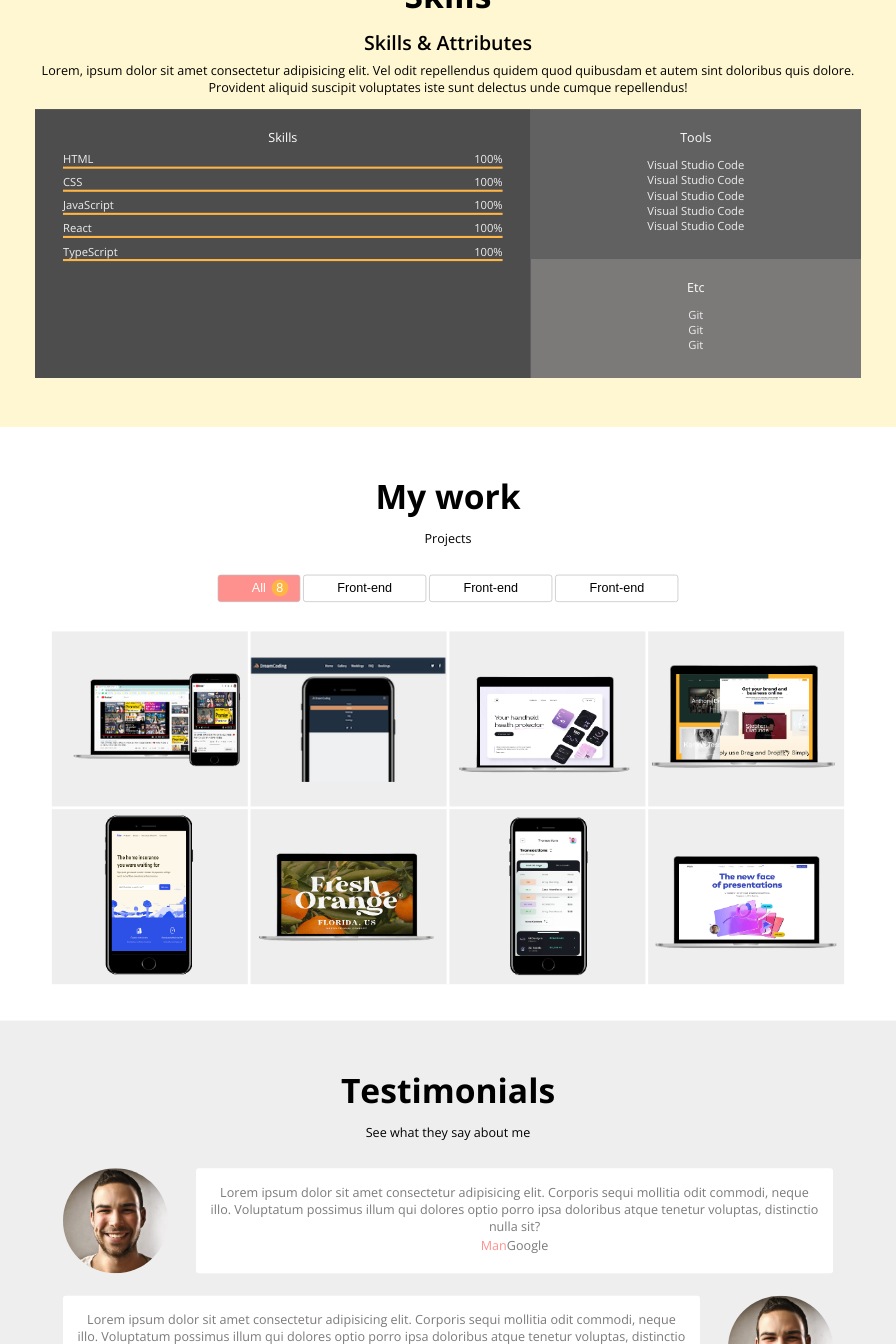
Repository: beomsu9696/Dream_Coding_Academy4
Page: index.html
These files come from the project's save history. The page is drawn as it stood at one moment and after the next save; the edit follows.
The browser window is 1280 px wide. The pictures show the part of the page from y = 1580 to 3500 px (the page is 4079 px tall before and 3991 px after), at 70% of full size.
Some web libraries are served in a nearby version.

Above is the page before, as saved 2021-01-27 18:15:08.

### index.html
<!DOCTYPE html>
<html lang="en">
  <head>
    <meta charset="UTF-8" />
    <meta name="viewport" content="width=device-width, initial-scale=1.0" />
    <title>Portfolio</title>
    <meta name="description" content="Portfolio" />
    <meta name="author" content="Beomsu" />
    <link rel="icon" type="image/png" href="images/favicon.png" />
    <script
      src="https://kit.fontawesome.com/c90a48a564.js"
      crossorigin="anonymous"
    ></script>
    <link rel="preconnect" href="https://fonts.gstatic.com" />
    <link
      href="https://fonts.googleapis.com/css2?family=Open+Sans:wght@400;600;700&display=swap"
      rel="stylesheet"
    />
    <link rel="stylesheet" href="style.css" />
    <script src="main.js" defer></script>
  </head>
  <body>
    <!-- Navbar -->
    <nav id="navbar">
      <div class="navbar__logo">
        <i class="fab fa-diaspora"></i>
        <a href="#">Portfolio</a>
      </div>
      <ul class="navbar__menu">
        <li class="navbar__menu__item active" data-link="#home">Home</li>
        <li class="navbar__menu__item" data-link="#about">About</li>
        <li class="navbar__menu__item" data-link="#skills">Skills</li>
        <li class="navbar__menu__item" data-link="#work">My Work</li>
        <li class="navbar__menu__item" data-link="#testimonials">
          Testimonials
        </li>
        <li class="navbar__menu__item" data-link="#contact">Contact</li>
      </ul>
      <!-- Togglle button -->
      <button class="navbar__toggle-btn">
        <i class="fas fa-bars"></i>
      </button>
    </nav>
    <!-- Home -->
    <section id="home">
      <div class="home__container">
        <img
          src="images/profile.JPG"
          alt="Beomsu's profile photo"
          class="home__avatar"
        />
        <h1 class="home__title">Hello, <br />I'm Dream Coder</h1>
        <h2 class="home__description">Working from home</h2>
        <button class="home__contact">Contact Me</button>
      </div>
    </section>
    <!-- About -->
    <section id="about" class="section section__container">
      <h1>About me</h1>
      <p>
        Lorem ipsum dolor sit, amet consectetur adipisicing elit. Nesciunt,
        minus officiis? Accusamus eligendi animi fuga quam ex sed eos similique
        quidem sit eum veniam facere aliquid natus, inventore nesciunt quod.
      </p>
      <div class="about__majors">
        <div class="major">
          <div class="major__icon">
            <i class="fab fa-html5"></i>
          </div>
          <h2 class="major__title">Front-end</h2>
          <div class="major__description">
            HTML, CSS, JavaScript, React, TypeScript
          </div>
        </div>
        <div class="major">
          <div class="major__icon">
            <i class="fab fa-html5"></i>
          </div>
          <h2 class="major__title">Front-end</h2>
          <div class="major__description">
            HTML, CSS, JavaScript, React, TypeScript
          </div>
        </div>
        <div class="major">
          <div class="major__icon">
            <i class="fab fa-html5"></i>
          </div>
          <h2 class="major__title">Front-end</h2>
          <div class="major__description">
            HTML, CSS, JavaScript, React, TypeScript
          </div>
        </div>
      </div>
      <div class="about__jobs">
        <div class="job">
          <img
            src="images/jobs/logo-nongshim.png"
            alt="nongshim"
            class="job__logo"
          />
          <div class="job__description">
            <p class="job__name">Nongshim</p>
            <p class="job__period">2013 10 - 2018 3</p>
          </div>
        </div>
        <div class="job">
          <img src="" alt="" class="job__logo" />
          <div class="job__description">
            <p class="job__name"></p>
            <p class="job__period"></p>
          </div>
        </div>
      </div>
    </section>
    <!-- Skills -->
    <section id="skills" class="section">
      <div class="section__container">
        <h1>Skills</h1>
        <h2>Skills & Attributes</h2>
        <p>
          Lorem, ipsum dolor sit amet consectetur adipisicing elit. Vel odit
          repellendus quidem quod quibusdam et autem sint doloribus quis dolore.
          Provident aliquid suscipit voluptates iste sunt delectus unde cumque
          repellendus!
        </p>
        <div class="skillset">
          <div class="skillset__left">
            <h3 class="skillset__title">Skills</h3>
            <div class="skill">
              <div class="skill__description">
                <span>HTML</span>
                <span>100%</span>
              </div>
              <!-- <progress value="100" max="100"></progress> -->
              <div class="skill__bar">
                <div class="skill__value" style="width: 100%"></div>
              </div>
            </div>
            <div class="skill">
              <div class="skill__description">
                <span>CSS</span>
                <span>100%</span>
              </div>
              <div class="skill__bar">
                <div class="skill__value"></div>
              </div>
            </div>
            <div class="skill">
              <div class="skill__description">
                <span>JavaScript</span>
                <span>100%</span>
              </div>
              <div class="skill__bar">
                <div class="skill__value"></div>
              </div>
            </div>
            <div class="skill">
              <div class="skill__description">
                <span>React</span>
                <span>100%</span>
              </div>
              <div class="skill__bar">
                <div class="skill__value"></div>
              </div>
            </div>
            <div class="skill">
              <div class="skill__description">
                <span>TypeScript</span>
                <span>100%</span>
              </div>
              <div class="skill__bar">
                <div class="skill__value"></div>
              </div>
            </div>
          </div>
          <div class="skillset__right">
            <div class="tools">
              <h3 class="skillset__title">Tools</h3>
              <ul class="tools__list">
                <li><span>Visual Studio Code</span></li>
                <li><span>Visual Studio Code</span></li>
                <li><span>Visual Studio Code</span></li>
                <li><span>Visual Studio Code</span></li>
                <li><span>Visual Studio Code</span></li>
              </ul>
            </div>
            <div class="etc">
              <h3 class="skillset__title">Etc</h3>
              <ul class="etc__list">
                <li><span>Git</span></li>
                <li><span>Git</span></li>
                <li><span>Git</span></li>
              </ul>
            </div>
          </div>
        </div>
      </div>
    </section>
    <!-- Work -->
    <section id="work" class="section">
      <div class="section__container">
        <h1>My work</h1>
        <h3>Projects</h3>
        <div class="work__categories">
          <button class="category__btn selected" data-filter="*">
            All <span class="category__count">8</span>
          </button>
          <button class="category__btn" data-filter="front-end1">
            Front-end <span class="category__count">1</span>
          </button>
          <button class="category__btn" data-filter="front-end2">
            Front-end <span class="category__count">1</span>
          </button>
          <button class="category__btn" data-filter="front-end3">
            Front-end <span class="category__count">1</span>
          </button>
        </div>
        <div class="work__projects">
          <a href="#" class="project" target="_blank" data-type="front-end1">
            <img
              class="project__img"
              src="images/projects/project1.png"
              alt="Project1"
            />
            <div class="project__description">
              <h3>Project</h3>
              <span>Clone coding with HTML and CSS</span>
            </div>
          </a>
          <a href="#" class="project" target="_blank" data-type="front-end2">
            <img
              class="project__img"
              src="images/projects/project2.png"
              alt="Project2"
            />
            <div class="project__description">
              <h3>Project</h3>
              <span>Clone coding with HTML and CSS</span>
            </div>
          </a>
          <a href="#" class="project" target="_blank" data-type="front-end3">
            <img
              class="project__img"
              src="images/projects/project3.png"
              alt="Project3"
            />
            <div class="project__description">
              <h3>Project</h3>
              <span>Clone coding with HTML and CSS</span>
            </div>
          </a>
          <a href="#" class="project" target="_blank">
            <img
              class="project__img"
              src="images/projects/project4.png"
              alt="Project4"
            />
            <div class="project__description">
              <h3>Project</h3>
              <span>Clone coding with HTML and CSS</span>
            </div>
          </a>
          <a href="#" class="project" target="_blank">
            <img
              class="project__img"
              src="images/projects/project5.png"
              alt="Project5"
            />
            <div class="project__description">
              <h3>Project</h3>
              <span>Clone coding with HTML and CSS</span>
            </div>
          </a>
          <a href="#" class="project" target="_blank">
            <img
              class="project__img"
              src="images/projects/project6.png"
              alt="Project6"
            />
            <div class="project__description">
              <h3>Project</h3>
              <span>Clone coding with HTML and CSS</span>
            </div>
          </a>
          <a href="#" class="project" target="_blank">
            <img
              class="project__img"
              src="images/projects/project7.png"
              alt="Project7"
            />
            <div class="project__description">
              <h3>Project</h3>
              <span>Clone coding with HTML and CSS</span>
            </div>
          </a>
          <a href="#" class="project" target="_blank">
            <img
              class="project__img"
              src="images/projects/project8.png"
              alt="Project8"
            />
            <div class="project__description">
              <h3>Project</h3>
              <span>Clone coding with HTML and CSS</span>
            </div>
          </a>
        </div>
      </div>
    </section>
    <!-- Testimonials -->
    <section id="testimonials" class="section">
      <div class="section__container">
        <h1>Testimonials</h1>
        <h3>See what they say about me</h3>
        <div class="testimonials">
          <div class="testimonial">
            <img
              src="images/people1.jpg"
              alt="People"
              class="testimonial__avatar"
            />
            <div class="testimonial__speech-bubble">
              <p>
                Lorem ipsum dolor sit amet consectetur adipisicing elit.
                Corporis sequi mollitia odit commodi, neque illo. Voluptatum
                possimus illum qui dolores optio porro ipsa doloribus atque
                tenetur voluptas, distinctio nulla sit?
              </p>
              <p class="name"><a href="#">Man</a>Google</p>
            </div>
          </div>
          <div class="testimonial">
            <div class="testimonial__speech-bubble">
              <p>
                Lorem ipsum dolor sit amet consectetur adipisicing elit.
                Corporis sequi mollitia odit commodi, neque illo. Voluptatum
                possimus illum qui dolores optio porro ipsa doloribus atque
                tenetur voluptas, distinctio nulla sit?
              </p>
              <p class="name"><a href="#">Man</a>Google</p>
            </div>
            <img
              src="images/people1.jpg"
              alt="People"
              class="testimonial__avatar"
            />
          </div>
        </div>
      </div>
    </section>
    <!-- Contact -->
    <section id="contact" class="section">
      <h1 class="contact__title">Let's talk</h1>
      <h2 class="contact__email">dream.coder.ellie@gmail.com</h2>
      <div class="contact__links">
        <a href="#" target="_blank">
          <i class="fab fa-github"></i>
        </a>
        <a href="#" target="_blank">
          <i class="fab fa-linkedin"></i>
        </a>
      </div>
      <p class="contact__rights">
        2021 Dream Coding Ellie - All rights reserved
      </p>
    </section>
    <!-- Arrow up -->
    <button class="arrow-up">
      <i class="fa fa-arrow-up"></i>
    </button>
  </body>
</html>

### style.css
/* Universal tags */
* {
  box-sizing: border-box;
}

body {
  margin: 0;
  font-family: "Open Sans", sans-serif;
  cursor: default;
}

a {
  text-decoration: none;
  color: var(--color-white);
}

ul {
  list-style: none;
  padding-left: 0;
}

button {
  outline: none;
  background-color: transparent;
  cursor: pointer;
  border: none;
  padding: 0;
}

/* Global */
:root {
  /* Color */
  --color-white: #ffffff;
  --color-light-white: #eeeeee;
  --color-dark-white: #bdbdbd;
  --color-pink: #fe918d;
  --color-dark-pink: #ff6863;
  --color-dark-grey: #4d4d4d;
  --color-grey: #616161;
  --color-light-grey: #7c7979;
  --color-blue: #73aace;
  --color-yellow: #fff7d1;
  --color-orange: #feb546;
  --color-black: #000000;

  /* Font size */
  --font-large: 48px;
  --font-medium: 28px;
  --font-regular: 18px;
  --font-small: 16px;
  --font-micro: 14px;

  /* Font weight */
  --weight-bold: 700;
  --weight-semi-bold: 600;
  --weight-regular: 400;

  /* Size */
  --size-border-radius: 4px;

  /* Animation */
  --animation-duration: 300ms;
}

/* Typography */

h1 {
  font-size: var(--font-large);
  font-weight: var(--weight-bold);
  color: var(--color-black);
  margin: 16px 0px;
}

h2 {
  font-size: var(--font-medium);
  font-weight: var(--weight-semi-bold);
  color: var(--color-black);
  margin: 8px 0;
}

h3 {
  font-size: var(--font-regular);
  font-weight: var(--weight-regular);
  color: var(--color-black);
  margin: 8px 0;
}

p {
  font-size: var(--font-regular);
  font-weight: var(--weight-regular);
  color: var(--color-black);
  margin: 4px 0;
}

/* Navbar */
#navbar {
  position: fixed;
  width: 100%;
  display: flex;
  justify-content: space-between;
  align-items: center;
  color: var(--color-white);
  padding: 16px;
  background-color: transparent;
  transition: all var(--animation-duration) ease-in-out;
  z-index: 1;
}

#navbar.navbar--dark {
  background-color: var(--color-pink);
  padding: 8px;
}

.navbar__menu {
  display: flex;
}

.navbar__logo {
  font-size: var(--font-medium);
  font-weight: var(--weight-semi-bold);
}

.navbar__menu__item {
  padding: 8px 12px;
  margin: 0 4px;
  cursor: pointer;
  border-radius: var(--size-border-radius);
  border: 1px solid transparent;
}

.navbar__menu__item.active {
  border: 1px solid var(--color-white);
}

.navbar__menu__item:hover {
  border: 1px solid var(--color-white);
  background-color: var(--color-dark-pink);
}

.navbar__toggle-btn {
  position: absolute;
  top: 24px;
  right: 32px;
  font-size: 24px;
  color: var(--color-white);
  display: none;
}

/* Home */
#home {
  background: center/cover no-repeat url(images/homebackground.png);
  padding: 40px;
  padding-top: 120px;
  text-align: center;
}

.home__avatar {
  width: 250px;
  height: 250px;
  border-radius: 50%;
  border: 2px solid var(--color-light-white);
}

.home__title,
.home__description {
  color: var(--color-white);
}

.home__contact {
  color: var(--color-white);
  font-size: var(--font-regular);
  font-weight: var(--weight-bold);
  margin: 24px;
  padding: 8px 12px;
  border: 2px solid var(--color-white);
  border-radius: var(--size-border-radius);
}

.home__contact:hover {
  background-color: var(--color-orange);
}

/* Section common */
.section {
  text-align: center;
  padding: 50px;
  margin: auto;
}

.section__container {
  max-width: 1200px;
  margin: auto;
}
/* About */
.about__majors {
  display: flex;
  justify-content: space-between;
  margin: 80px 0;
}

.major__icon {
  width: 170px;
  height: 170px;
  line-height: 170px;
  font-size: 70px;
  margin: auto;
  color: var(--color-blue);
  border: 1px solid var(--color-blue);
  border-radius: 50%;
  margin-bottom: 16px;
}

.major__icon i {
  transition: all var(--animation-duration) ease;
}

.major__icon:hover i {
  color: var(--color-pink);
  transform: rotate(-30deg) scale(1.1);
}

.major__title,
.major__description {
  color: var(--color-dark-grey);
}

.major__description {
  font-size: var(--font-small);
}

.job {
  display: flex;
  align-items: center;
}

.job__description {
  margin: 0 16px;
  text-align: left;
}

.job__name,
.job__period {
  color: var(--color-light-grey);
}

.job__name {
  font-size: var(--font-small);
}

.job__period {
  font-size: var(--font-micro);
}

/* Skill */
#skills {
  background-color: var(--color-yellow);
}

.skillset {
  display: flex;
  background-color: var(--color-light-grey);
  color: var(--color-light-white);
  margin: 20px 0;
}

.skillset__title {
  color: var(--color-white);
}

.skillset__left {
  flex-basis: 60%;
  background-color: var(--color-dark-grey);
  padding: 20px 40px;
}

.skill {
  margin-bottom: 8px;
}

.skill__description {
  display: flex;
  justify-content: space-between;
}

.skill__bar {
  width: 100%;
  height: 3px;
  background-color: var(--color-grey);
}

.skill__value {
  width: 100%;
  height: 3px;
  background-color: var(--color-orange);
}

.skillset__right {
  flex-basis: 40%;
}

.tools {
  background-color: var(--color-grey);
}

.tools,
.etc {
  padding: 20px;
}

/* Work */
.work__categories {
  margin: 40px;
}

.category__btn {
  border: 1px solid var(--color-dark-white);
  border-radius: var(--size-border-radius);
  font-size: var(--font-regular);
  padding: 8px 48px;
  position: relative;
}

.category__btn.selected,
.category__btn:hover {
  background-color: var(--color-pink);
  color: var(--color-white);
}

.category__btn.selected .category__count,
.category__btn:hover .category__count {
  opacity: 1;
  top: 6px;
}

.category__count {
  background-color: var(--color-orange);
  border-radius: 50%;
  color: var(--color-white);
  width: 24px;
  height: 24px;
  line-height: 24px;
  display: inline-block;
  position: absolute;
  top: -20px;
  right: 16px;
  opacity: 0;
  transition: all var(--animation-duration) ease-in;
}

.work__projects {
  display: flex;
  flex-wrap: wrap;
  justify-content: center;
  opacity: 1;
  transition: all var(--animation-duration) ease-out;
}

.work__projects.anim-out {
  opacity: 0.6;
  transform: scale(0.96) translateY(40px);
}

.project {
  position: relative;
  display: flex;
  justify-content: center;
  align-items: center;
  width: 280px;
  height: 250px;
  margin: 2px;
  background-color: var(--color-light-white);
}

.project.invisible {
  display: none;
}

.project__img {
  max-width: 100%;
  max-height: 100%;
}

.project__description {
  position: absolute;
  background-color: black;
  display: flex;
  flex-direction: column;
  justify-content: center;
  width: 100%;
  height: 100%;
  top: 0;
  left: 0;
  opacity: 0;
  transform: translateY(10px);
  transition: all var(--animation-duration) ease-in;
}

.project:hover .project__description {
  transform: translateY(0px);
  opacity: 0.8;
}

.project__description h3 {
  color: var(--color-orange);
}

.project__description h3:after {
  content: "";
  display: block;
  position: relative;
  left: 50%;
  width: 50px;
  height: 2px;
  transform: translateX(-50%);
  margin-top: 8px;
  background-color: var(--color-dark-white);
}

/* Testimonial */
#testimonials {
  background-color: var(--color-light-white);
}

.testimonials {
  margin: 40px;
}

.testimonial {
  display: flex;
  margin: 32px 0;
}

.testimonial__avatar {
  width: 150px;
  height: 150px;
  border-radius: 50%;
}

.testimonial__avatar:nth-child(odd) {
  margin-right: 40px;
}
.testimonial__avatar:nth-child(even) {
  margin-left: 40px;
}

.testimonial__speech-bubble {
  padding: 18px;
  background-color: var(--color-white);
  border-radius: var(--size-border-radius);
}

.testimonial__speech-bubble p {
  color: var(--color-light-grey);
}

.testimonial__speech-bubble a {
  color: var(--color-pink);
}

/* Contact */
#contact {
  background-color: var(--color-pink);
}

.contact__title,
.contact__email,
.contact__rights {
  color: var(--color-white);
}

.contact__title {
  margin: 32px 0;
}

.contact__links {
  font-size: var(--font-large);
  margin: 24px 0;
}

.contact__links i {
  transition: all var(--animation-duration) ease-in;
}

.contact__links i:hover {
  transform: scale(1.1);
  color: var(--color-yellow);
}

/* Scroll */
.arrow-up {
  position: fixed;
  bottom: 50px;
  right: 50px;
  font-size: 50px;
  width: 70px;
  height: 70px;
  background-color: var(--color-pink);
  color: var(--color-white);
  border-radius: 50%;
  opacity: 0;
  transition: all 300ms ease-in;
  pointer-events: none;
}

.arrow-up.visible {
  opacity: 1;
  pointer-events: auto;
}

/* For below 768px screen width */
@media screen and (max-width: 768px) {
  :root {
    /* Font size */
    --font-large: 30px;
    --font-medium: 18px;
    --font-regular: 16px;
    --font-small: 14px;
    --font-micro: 12px;
  }

  .navbar__toggle-btn {
    display: block;
    top: 16px;
    right: 16px;
    font-size: var(--font-medium);
  }

  #navbar {
    flex-direction: column;
    align-items: flex-start;
    background-color: var(--color-pink);
  }
  #navbar.navbar--dark {
    padding: 16px;
  }
  .navbar__menu {
    flex-direction: column;
    text-align: center;
    width: 100%;
    display: none;
  }

  .navbar__menu.open {
    display: block;
  }

  .section {
    padding: 16px;
    padding-top: 40px;
  }

  .about__majors {
    flex-direction: column;
    margin-top: 30px;
    margin-bottom: 0px;
  }

  .major {
    margin-bottom: 30px;
  }

  .skillset {
    flex-direction: column;
  }

  .category__btn {
    padding: 8px;
  }

  .project {
    flex-grow: 1;
  }

  .testimonial {
    flex-direction: column;
    align-items: center;
  }

  .testmonial__avatar {
    width: 120px;
    height: 120px;
  }

  .testimonial__avatar:nth-child(even),
  .testimonial__avatar:nth-child(odd) {
    margin: 0;
    margin-bottom: 8px;
  }

  .testimonial__speech-bubble {
    order: 1;
  }

  .arrow-up {
    width: 50px;
    height: 50px;
    font-size: 30px;
    line-height: 50px;
    right: 16px;
    bottom: 16px;
  }
}
/* For below 970px screen width */
@media screen and (max-width: 970px) {
  .work__categories {
    display: flex;
    flex-direction: column;
  }

  .category__btn:nth-child(even),
  .category__btn:nth-child(3) {
    margin-top: 4px;
  }
}

Loaded but not shown: main.js (155 lines, source omitted)

After the next save:
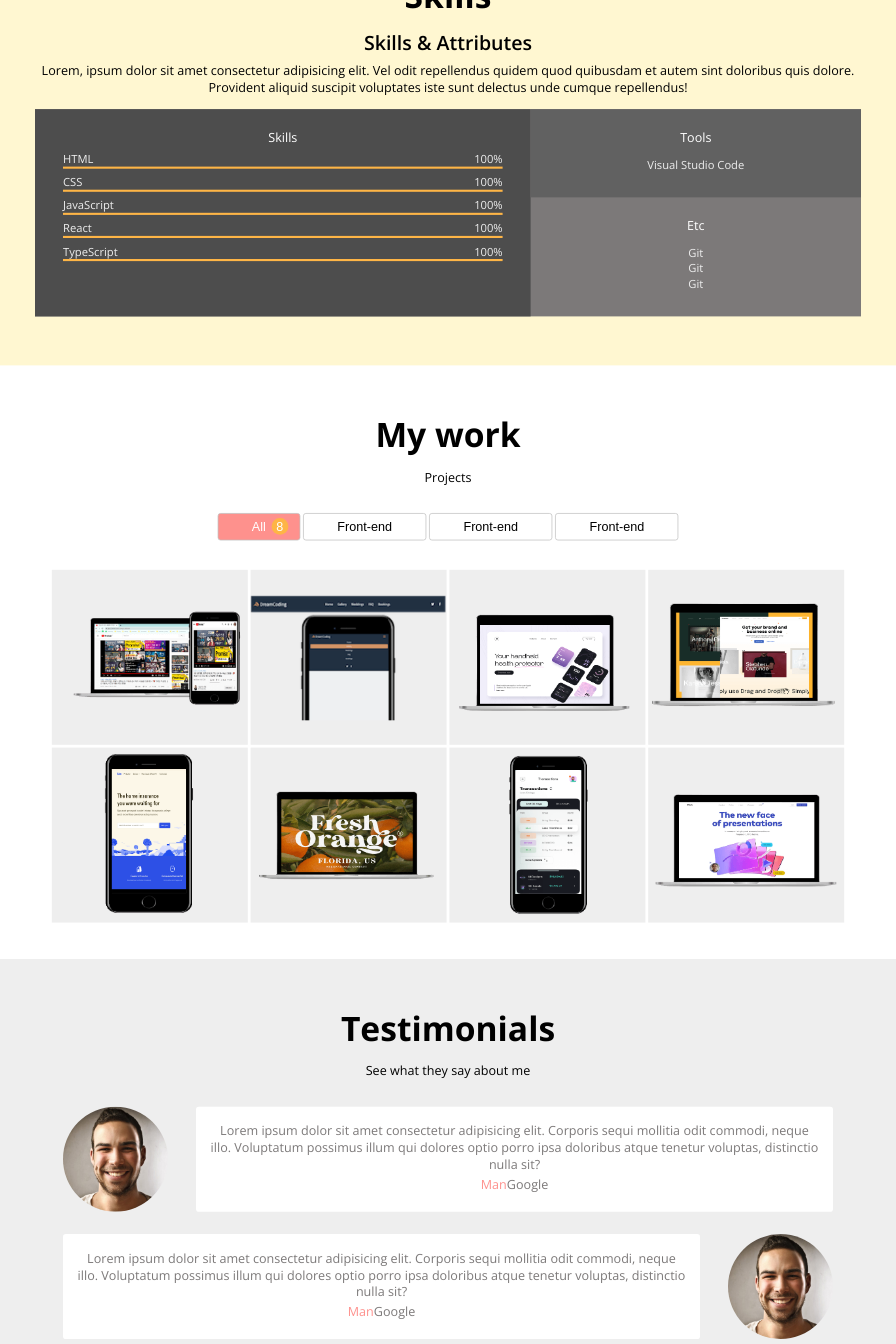
Saved 9 s later.
--- a/index.html
+++ b/index.html
@@ -178,10 +178,6 @@
               <h3 class="skillset__title">Tools</h3>
               <ul class="tools__list">
                 <li><span>Visual Studio Code</span></li>
-                <li><span>Visual Studio Code</span></li>
-                <li><span>Visual Studio Code</span></li>
-                <li><span>Visual Studio Code</span></li>
-                <li><span>Visual Studio Code</span></li>
               </ul>
             </div>
             <div class="etc">
